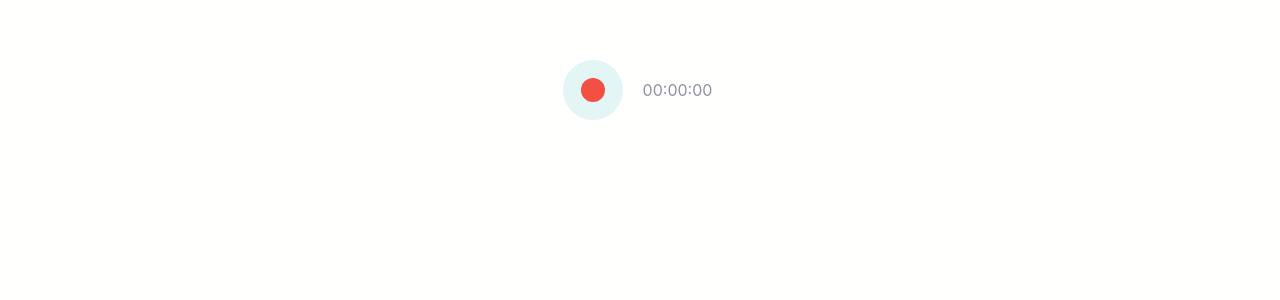
Repository: milosKomiRajkovic94/typescript-react-redux-example
Page: /
These files come from the project's save history. The page is drawn as it stood at one moment and after the next save; the edit follows.
The browser window is 1280 px wide. The pictures show the whole page.
The project was rebuilt for these pictures with package versions that can differ from the ones it lists, and the page was loaded fresh each time. Also part of the build but not shown: src/components/App/App.css.

Above is the page before, as saved 2020-04-10 17:49:31.

After the next save:
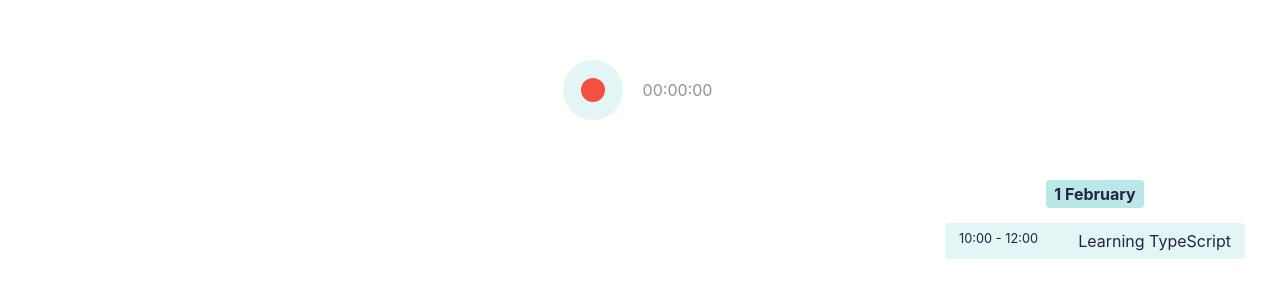
Saved 3 min 5 s later.
--- a/src/components/Calendar/Calendar.tsx
+++ b/src/components/Calendar/Calendar.tsx
@@ -6,7 +6,32 @@ const Calendar: React.FC = () => {
         <div
             className={'calendar'}
         >
-
+            <div
+                className={'calendar-day'}
+            >
+                <div
+                    className={'calendar-day-label'}>
+                    <span> 1 February </span>
+                </div>
+                <div
+                    className={'calendar-events'}
+                >
+                    <div
+                        className={'calendar-event'}
+                    >
+                        <div
+                            className={'calendar-event-time'}
+                        >
+                            10:00 - 12:00
+                        </div>
+                        <div
+                            className={'calendar-event-title'}
+                        >
+                            Learning TypeScript
+                        </div>
+                    </div>
+                </div>
+            </div>
         </div>
     )
 }
